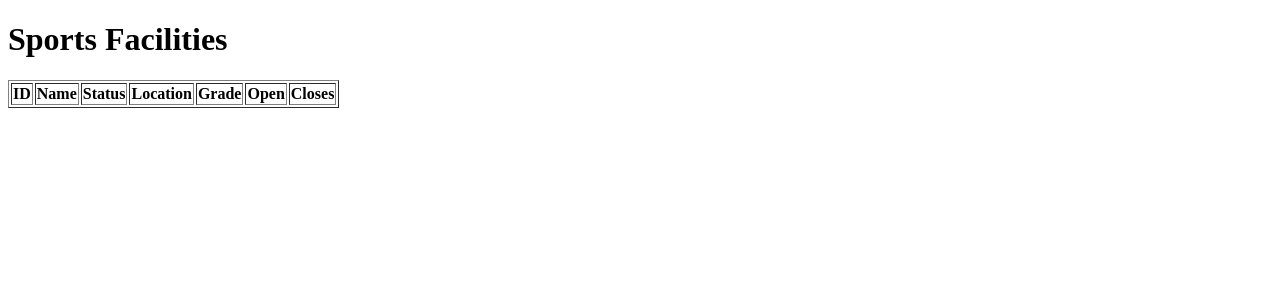
Repository: markovicuros/Fitpass-web
Page: FitnessCenter/WebContent/index.html
These files come from the project's save history. The page is drawn as it stood at one moment and after the next save; the edit follows.
The browser window is 1280 px wide. The pictures show the whole page.
The page's requests for data from a server got no answer.

Above is the page before, as saved 2022-06-19 15:28:10.

After the next save:
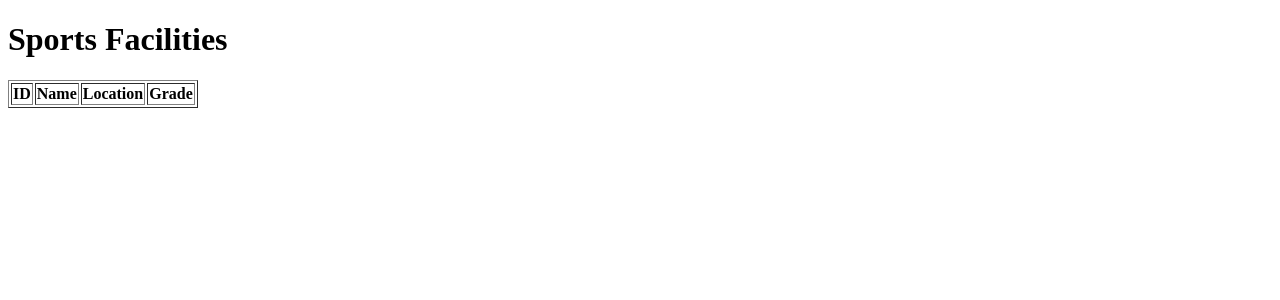
Saved 2 min 59 s later.
--- a/FitnessCenter/WebContent/index.html
+++ b/FitnessCenter/WebContent/index.html
@@ -16,11 +16,8 @@
             <tr>
                 <th>ID</th>
                 <th>Name</th>
-                <th>Status</th>
                 <th>Location</th>
                 <th>Grade</th>
-                <th>Open</th>
-                <th>Closes</th>
             </tr>
         </thead>
 
@@ -30,8 +27,7 @@
             <td>{{sf.name}}</td>
             <td>{{sf.location}}</td>
             <td>{{sf.averageGrade}}</td>
-            <td>{{sf.openTime.hour}}:{{sf.openTime.minute}}</td>
-            <td>{{sf.closeTime.houre}}:{{sf.closeTime.minute}}</td>
+
         </tr>
 
 
